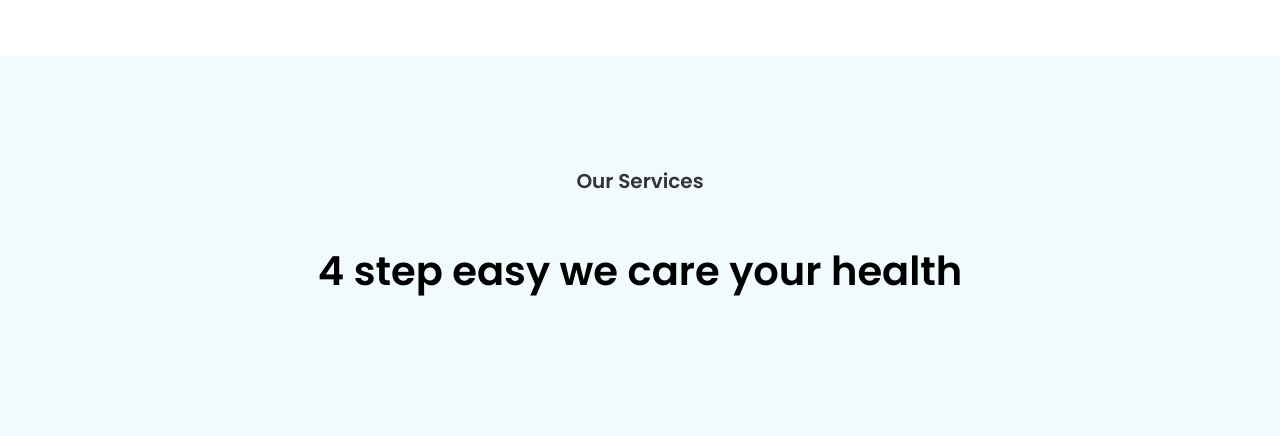
Repository: Chadi2000/hospital-app
Page: /
An editor plug-in stored every save of this project. The page is shown before and after the next save, followed by the edit.
The browser window is 1280 px wide. The pictures show the part of the page from y = 751 to 1237 px (the page is 1187 px tall before and 1237 px after).
The project was rebuilt for these pictures with package versions that can differ from the ones it lists, and the page was loaded fresh each time. Also part of the build but not shown: vite.config.js, src/App.css.

Above is the page before, as saved 2024-08-04 00:01:07.

### src/App.jsx
import './App.css'
import Header from './components/Header'
import Navbar from './components/Navbar'
import Services from './components/Services'

function App() {

  return (
    <div className='flex flex-col'>
      <Navbar />
      <Header />
      <Services />
    </div>
  )
}

export default App

### src/index.css
@import url('https://fonts.googleapis.com/css2?family=Poppins:ital,wght@0,100;0,200;0,300;0,400;0,500;0,600;0,700;0,800;0,900;1,100;1,200;1,300;1,400;1,500;1,600;1,700;1,800;1,900&display=swap');

@tailwind base;
@tailwind components;
@tailwind utilities;

body{
  font-family: "Poppins", sans-serif;;
}

### src/components/Header.jsx
import Doctor from '../assets/doctor1.png'

const Header = () => {
  return (
    <div className='flex px-[80px] mt-[50px] gap-[100px]'>

      <div className='flex flex-col justify-start gap-10 pt-[200px] w-1/2'>
        <h1 className='text-[56px] font-bold leading-[61px] text-title'>we care about your health</h1>
        <p className='text-[20px] font-medium leading-[31.2px] text-txt'>check now your healty with our profesional doctor, completed and modern fasilities services</p>
        <button style={{color:'white'}} className='w-[200px] h-[54px] rounded-[5px] bg-btn font-medium text-[18px]
        leading-[27px]'>
            Check Now
        </button>
      </div>


      <div className='relative flex justify-center bg-btn h-[577.1px] w-[577.1px] rounded-full'>

        <img src={Doctor} alt="doctor" className='absolute h-[691.55px] w-full rounded-full bottom-0' />

      </div>


    </div>
  )
}

export default Header

### src/components/Navbar.jsx

const Navbar = () => {
  return (
    <div className="flex justify-between py-[35px] px-[80px] ">

      <div className="flex text-[20px] font-bold leading-[30px] cursor-pointer">
        <div className="text-btn">Hos</div>
        <div className="text-black">pital.</div>
      </div>

        <ul className="flex gap-[35px] justify-between font-medium text-[18px] leading-[27px]">
            <li className="cursor-pointer">About</li>
            <li className="cursor-pointer">Home</li>
            <li className="cursor-pointer">Service</li>
        </ul>


      <div className="flex justify-center items-center w-[200px] h-[54px] text-btn border-btn border-[2px] cursor-pointer rounded-[5px]
      font-medium  text-[18px] leading-[27px]">
        Login
      </div>

    </div>
  )
}

export default Navbar

### src/components/Services.jsx
import React from 'react'

const Services = () => {
  return (
    <div className='bg-services mt-14 flex flex-col gap-10 items-center py-[100px] '>

      <h6 className='text-title font-semibold text-[20px] leading-[50px]'>Our Services</h6>

      <h3 className='font-semibold text-[40px] leading-[50px]'>4 step easy we care your health</h3>

      <div></div>

    </div>
  )
}

export default Services

### tailwind.config.js
/** @type {import('tailwindcss').Config} */
export default {
  content: [
    "./index.html",
    "./src/**/*.{js,ts,jsx,tsx}",
  ],
  theme: {
    extend: {},
    textColor:{
      btn: '#0099FF',
      title:'#333333',
      txt:'#999999',
    },
    backgroundColor:{
      btn: '#0099FF',
      services:'rgba(215, 241, 246, 0.34)'
    },
    fontFamily:{
      abc:["Poppins","sans-serif"]
    },
    borderColor:{
      btn: '#0099FF',
    }
  },
  plugins: [],
}

Loaded but not shown: index.html (common file); src/main.jsx (common file)

After the next save:
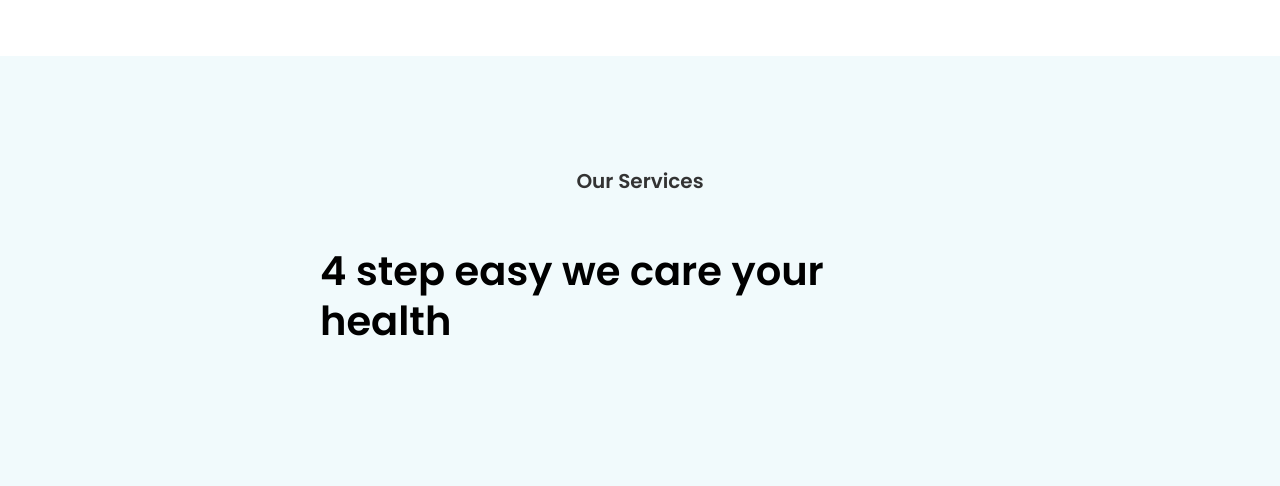
Saved 34 s later.
--- a/src/components/Services.jsx
+++ b/src/components/Services.jsx
@@ -6,7 +6,7 @@
 
       <h6 className='text-title font-semibold text-[20px] leading-[50px]'>Our Services</h6>
 
-      <h3 className='font-semibold text-[40px] leading-[50px]'>4 step easy we care your health</h3>
+      <h3 className='font-semibold text-[40px] leading-[50px] w-2/4'>4 step easy we care your health</h3>
 
       <div></div>
 

After the 2 saves that followed:
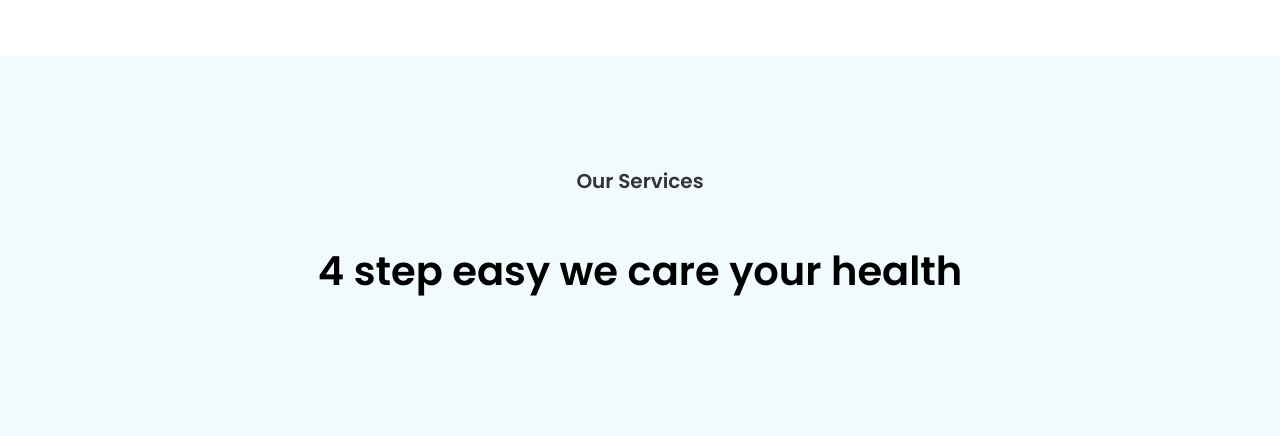
The 2 saves are shown as one change because they came seconds apart.
The last was saved 10 s later.
--- a/src/components/Services.jsx
+++ b/src/components/Services.jsx
@@ -6,7 +6,7 @@
 
       <h6 className='text-title font-semibold text-[20px] leading-[50px]'>Our Services</h6>
 
-      <h3 className='font-semibold text-[40px] leading-[50px] w-2/4'>4 step easy we care your health</h3>
+      <h3 className='font-semibold text-[40px] leading-[50px]'>4 step easy we care your health</h3>
 
       <div></div>
 
